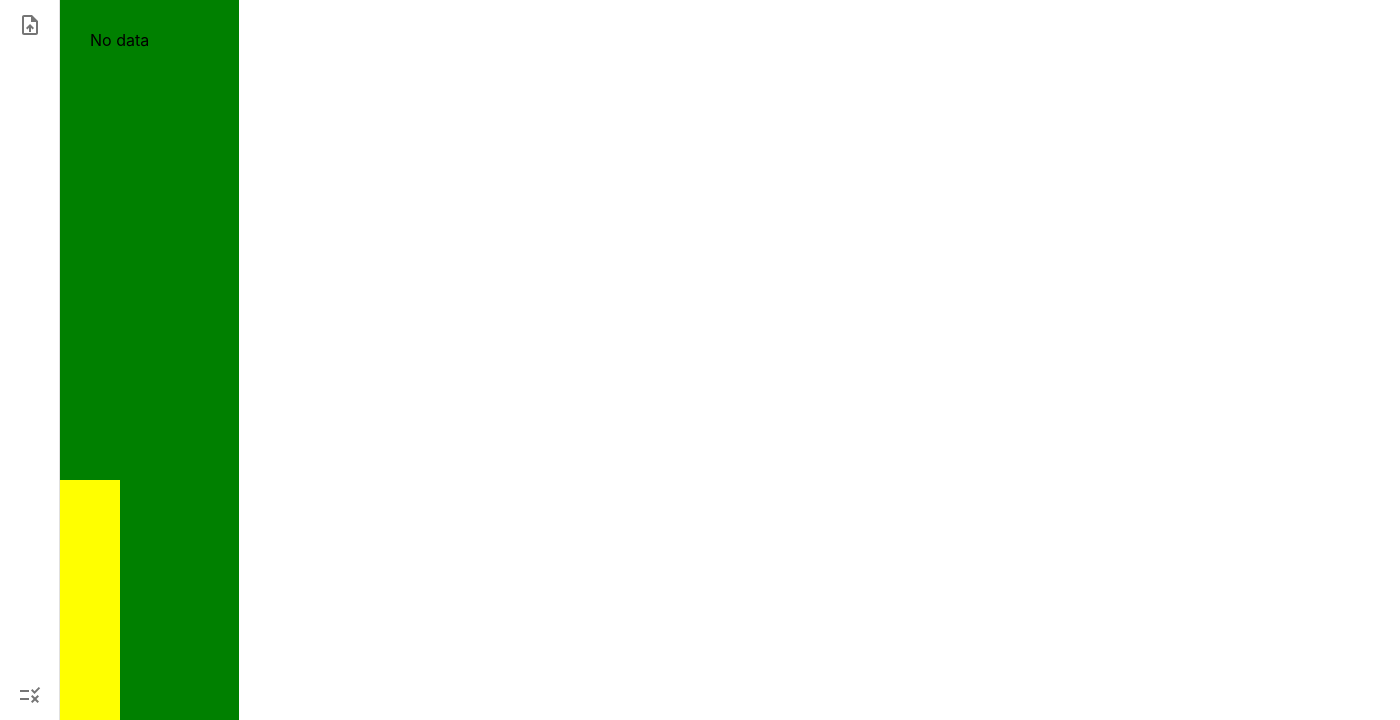
Repository: imark00/sbolInsight_frontend
Page: /
The author's editor kept a copy of each file at every save. The page is drawn from the files as they stood at one save, then again after the next save.
The browser window is 1280 px wide. The page is 1280 px wide, then 1400 px, so the pictures cover 1400 px, including what lies to the right of the window. The pictures show the whole page.
The project was rebuilt for these pictures with package versions that can differ from the ones it lists, and the page was loaded fresh each time. Also part of the build but not shown: src/App.css.

Above is the page before, as saved 2024-08-18 05:32:08.

After the next save:
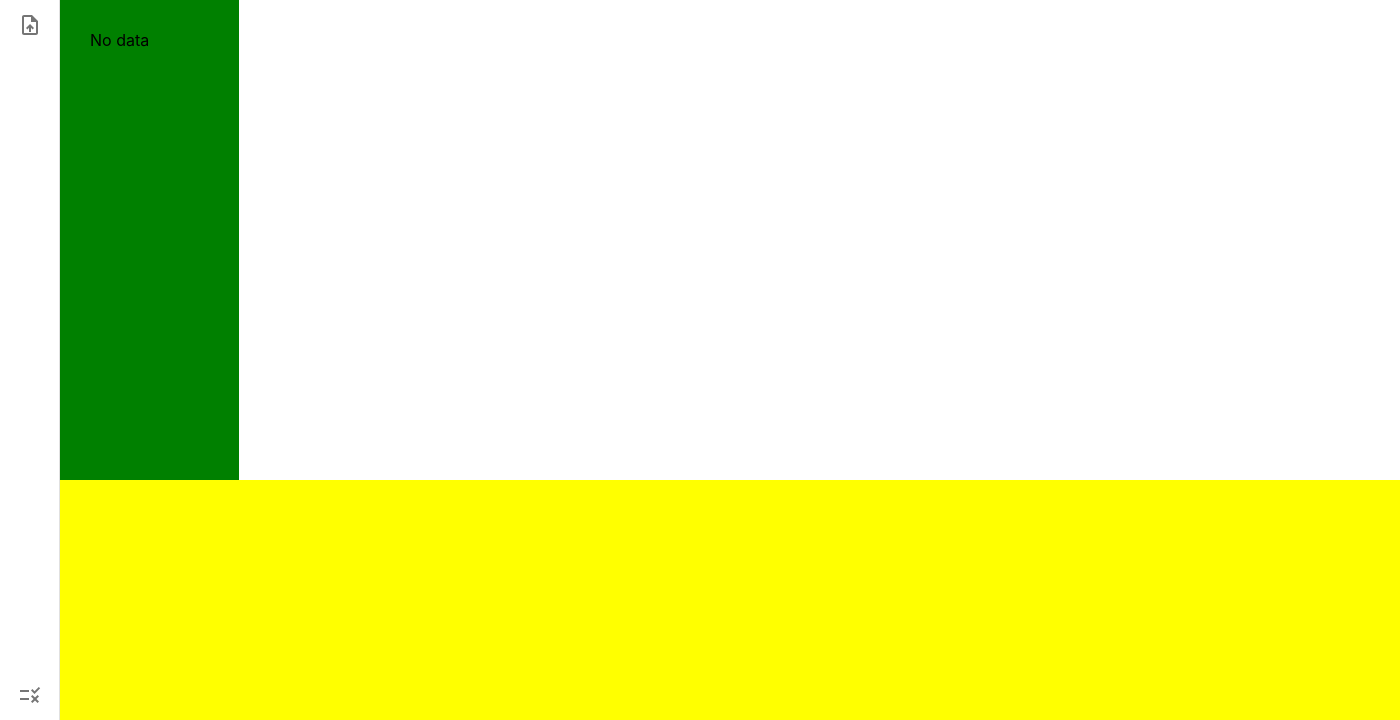
Saved 11 s later.
--- a/src/sbolInsight.js
+++ b/src/sbolInsight.js
@@ -155,7 +155,7 @@ const SBOLInsightPage = () => {
                 {/* Validation results view */}
                 <Box
                     sx={{
-
+                        width: '100%',
                         height: '180px',
                         background: 'yellow',
                         padding: '30px',
